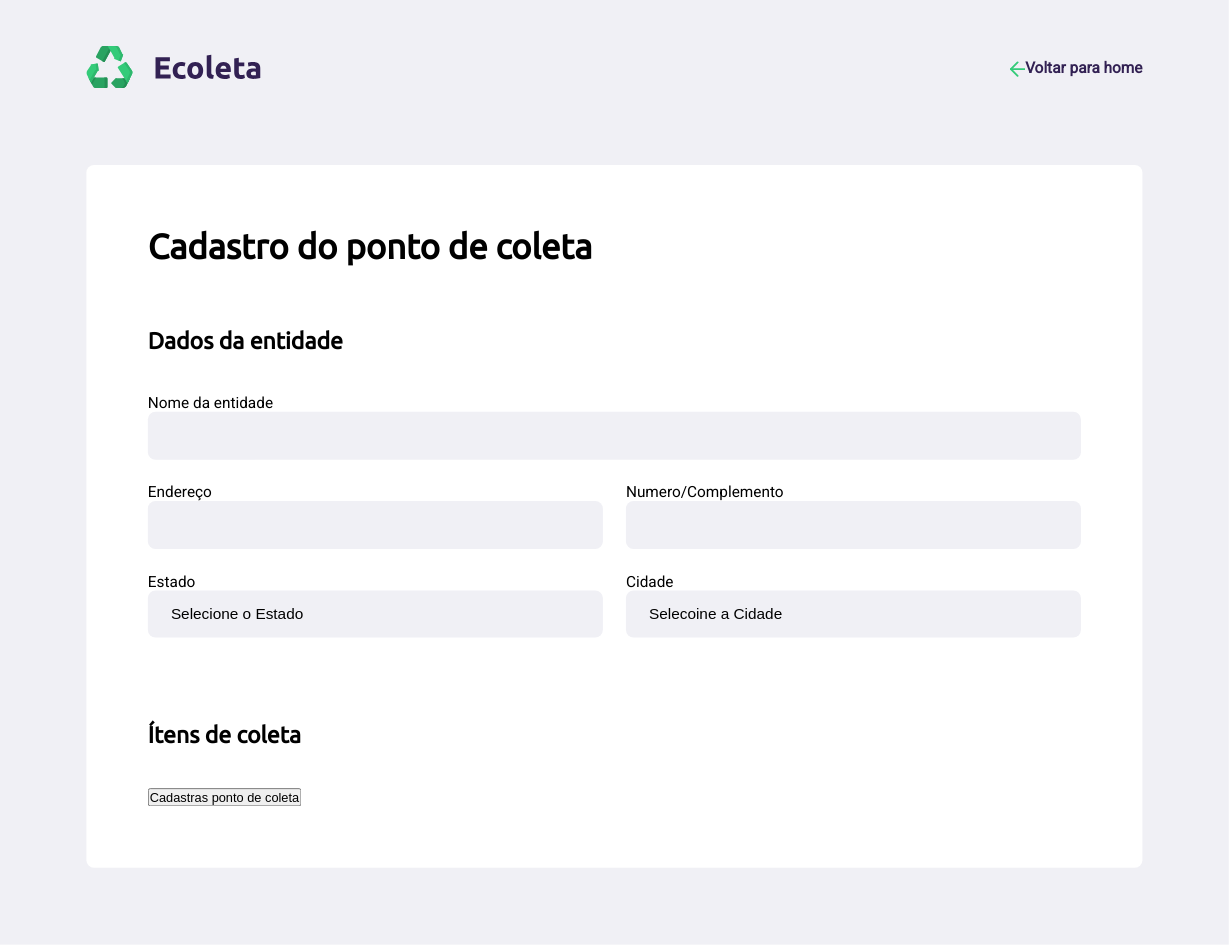
Repository: ivobass/NextLevelWeek
Page: create-point.html
These files come from the project's save history. The page is drawn as it stood at one moment and after the next save; the edit follows.
The browser window is 1280 px wide. The pictures show the whole page, at 96% of full size.

Above is the page before, as saved 2020-06-02 23:54:34.

After the next save:
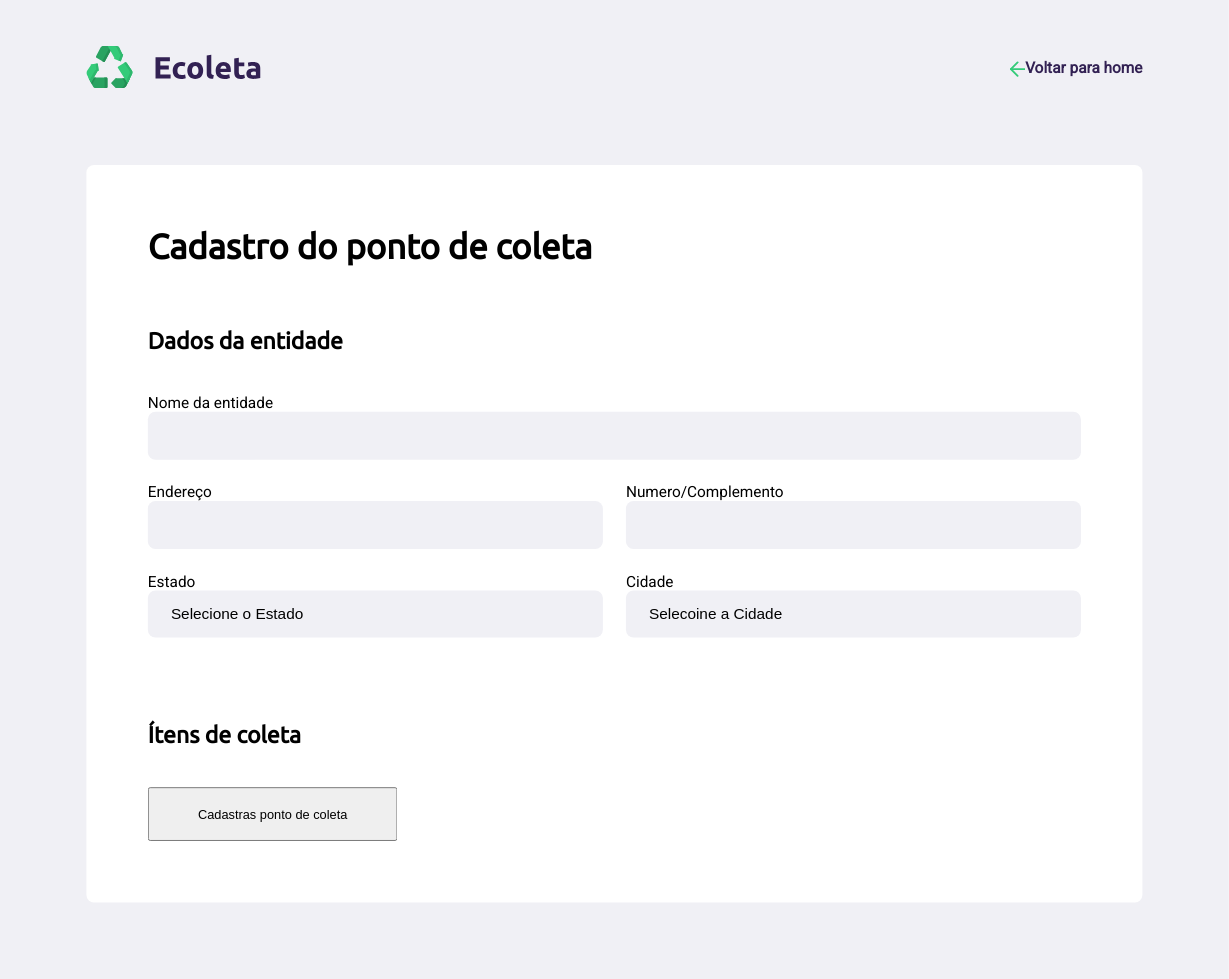
Saved 90 s later.
--- a/styles/create-point.css
+++ b/styles/create-point.css
@@ -92,3 +92,8 @@ forma label {
 form .field-group .field+.field {
     margin-left: 24px;
 }
+
+form button {
+    width: 260px;
+    height: 56px;
+}
